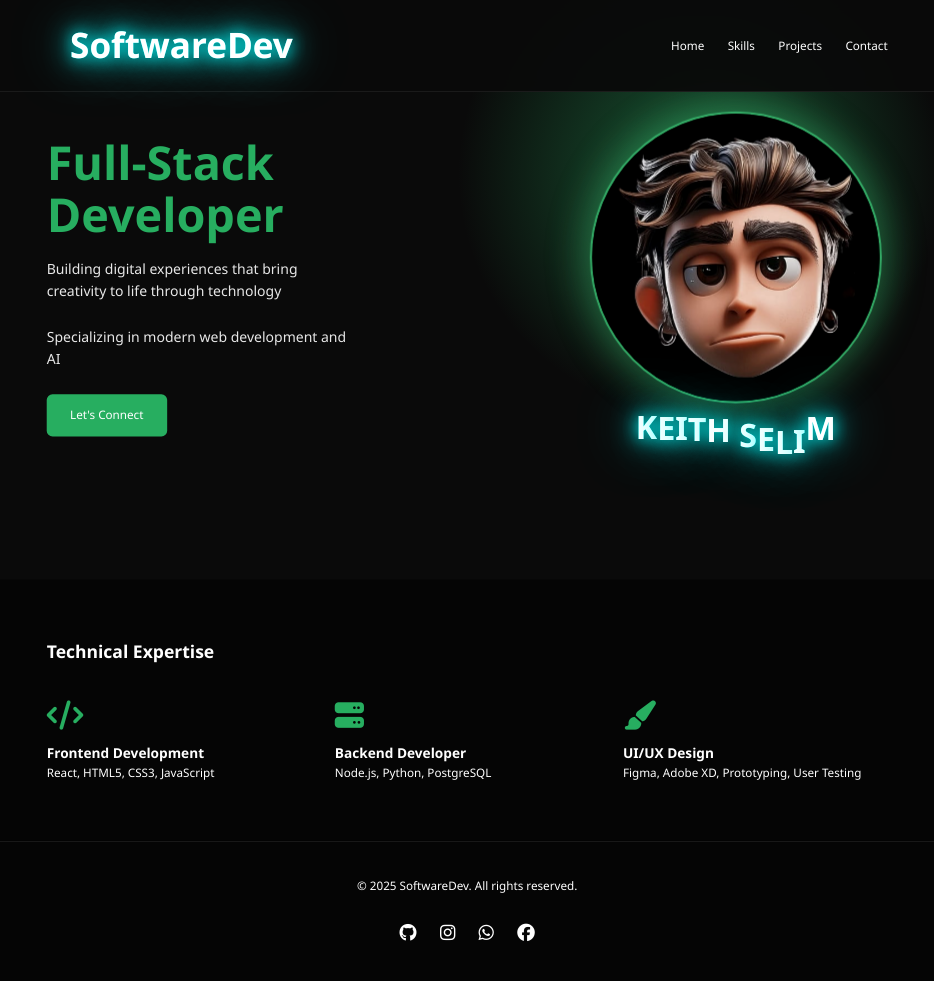
Repository: PEEZYBEE/my-react-portfolio
Page: /
An editor plug-in stored every save of this project. The page is shown before and after a run of saves, followed by the edit.
The browser window is 1280 px wide. The pictures show the whole page, at 73% of full size.
The project was rebuilt for these pictures with package versions that can differ from the ones it lists, and the page was loaded fresh each time. Also part of the build but not shown: vite.config.js.

Above is the page before, as saved 2025-04-21 02:20:44.

### index.html
<!doctype html>
<html lang="en">
  <head>
    <meta charset="UTF-8" />
  <link rel="icon" type="image/svg+xml" href="favicon.svg" />
  <meta name="viewport" content="width=device-width, initial-scale=1.0" />
  <title>Keith Selim</title>

  <!-- ✅ Add this line below -->
  <link
    rel="stylesheet"
    href="https://cdnjs.cloudflare.com/ajax/libs/font-awesome/6.7.2/css/all.min.css"
    integrity="sha512-Evv84Mr4kqVGRNSgIGL/F/aIDqQb7xQ2vcrdIwxfjThSH8CSR7PBEakCr51Ck+w+/U6swU2Im1vVX0SVk9ABhg=="
    crossorigin="anonymous"
    referrerpolicy="no-referrer"
  />
</head>
  <body>
    <div id="root"></div>
    <script type="module" src="/src/main.jsx"></script>
  </body>
</html>

### src/index.css
:root {
  font-family: system-ui, Avenir, Helvetica, Arial, sans-serif;
  line-height: 1.5;
  font-weight: 400;

  color-scheme: light dark;
  color: rgba(255, 255, 255, 0.87);
  background-color: #242424;

  font-synthesis: none;
  text-rendering: optimizeLegibility;
  -webkit-font-smoothing: antialiased;
  -moz-osx-font-smoothing: grayscale;
}

a {
  font-weight: 500;
  color: #646cff;
  text-decoration: inherit;
}
a:hover {
  color: #535bf2;
}

body {
  margin: 0;


  min-width: 320px;
  min-height: 100vh;
}

h1 {
  font-size: 3.2em;
  line-height: 1.1;
}

button {
  border-radius: 8px;
  border: 1px solid transparent;
  padding: 0.6em 1.2em;
  font-size: 1em;
  font-weight: 500;
  font-family: inherit;
  background-color: #1a1a1a;
  cursor: pointer;
  transition: border-color 0.25s;
}
button:hover {
  border-color: #646cff;
}
button:focus,
button:focus-visible {
  outline: 4px auto -webkit-focus-ring-color;
}

@media (prefers-color-scheme: light) {
  :root {
    color: #213547;
    background-color: #ffffff;
  }
  a:hover {
    color: #747bff;
  }
  button {
    background-color: #f9f9f9;
  }
}

### src/App.jsx
import React from "react";
import Navbar from './components/Navbar';
import Hero from './components/Hero';

import Skills from './components/Skills';
import Footer from './components/Footer';
import './style.css';


function App() {
  return (
    <>
      <Navbar />
      <Hero />

      <Skills />
      <Footer />
    </>
  );
}

export default App;

### src/components/Navbar.jsx
import React from "react";

const Navbar = () => {
  return (
    <nav className="navbar">
      <a href="#home" className="logo">SoftwareDev</a>
      <ul className="nav-links">
        <li><a href="#home">Home</a></li>
        <li><a href="#skills">Skills</a></li>
        <li><a href="#projects">Projects</a></li>
        <li><a href="#contact">Contact</a></li>
      </ul>
    </nav>
  );
};

export default Navbar;

### src/components/Hero.jsx
import React from 'react';
import './Hero.css';
import profileImage from '../assets/profile.jpg';

const Hero = () => {
  return (
    <section id="home" className="hero">
      <div className="hero-content">
        <h1>Full-Stack Developer</h1>
        <p>Building digital experiences that bring creativity to life through technology</p>
        <p className="highlight">Specializing in modern web development and AI</p>
        <a href="#contact" className="cta-button">Let's Connect</a>
      </div>

      <div className="hero-image-container">
        <div className="profile-wrapper">
          <img src={profileImage} alt="Profile" className="profile-img" />
          <h2 className="bouncing-letters">
            <span>K</span>
            <span>E</span>
            <span>I</span>
            <span>T</span>
            <span>H</span>
            <span>&nbsp;</span>
            <span>S</span>
            <span>E</span>
            <span>L</span>
            <span>I</span>
            <span>M</span>
          </h2>
        </div>
      </div>
    </section>
  );
};

export default Hero;

### src/components/Skills.jsx
import React from "react";

const Skills = () => {
  return (
    <section id="skills" className="skills">
      <h2>Technical Expertise</h2>
      <div className="skills-grid">
        <div className="skill-card">
          <i className="fa-solid fa-code"></i>
          <h3>Frontend Development</h3>
          <p>React, HTML5, CSS3, JavaScript</p>
        </div>
        <div className="skill-card">
          <i className="fa-solid fa-server"></i>
          <h3>Backend Developer</h3>
          <p>Node.js, Python, PostgreSQL</p>
        </div>
        <div className="skill-card">
          <i className="fa-solid fa-paintbrush"></i>
          <h3>UI/UX Design</h3>
          <p>Figma, Adobe XD, Prototyping, User Testing</p>
        </div>
      </div>
    </section>
  );
};

export default Skills;

### src/components/Footer.jsx
import React from "react";

const Footer = () => {
  return (
    <footer>
      <p>&copy; 2025 SoftwareDev. All rights reserved.</p>
      <div className="social-links">
        <a href="#"><i className="fa-brands fa-github"></i></a>
        <a href="#"><i className="fa-brands fa-instagram"></i></a>
        <a href="#"><i className="fa-brands fa-whatsapp"></i></a>
        <a href="#"><i className="fa-brands fa-facebook"></i></a>
      </div>
    </footer>
  );
};

export default Footer;

### src/style.css


body{
    background-color: var(--dark-bg);
    color: var(--text);
    line-height: 1.6;
    overflow-x: hidden;
}


*{
  margin: 0;
  padding: 0;
  box-sizing: border-box;
  font-family: 'Segoe UI', sans-serif;
}
:root{
  --dark-bg: #0a0a0a;
  --darker-bg: #050505;
  --accent-glow: rgba(46, 204, 113, 0.4);
  --text: #ffffff;
}

.navbar{
  position: fixed;
  top: 0;
  width: 100%;
  padding: 1.5rem 5%;
  display: flex;
  justify-content: space-between;
  align-items: center;
  background:  rgba(10, 10, 10, 0.95);
  backdrop-filter: blur(10px);
  z-index: 1000;
  border-bottom: 1px solid rgba(255, 255, 255, 0.1);
}

.logo{
  font-size: 3rem;
  font-weight: 700;
  color: white;
  text-shadow: 0px 0px 0px cyan,
               0px 0px 20px cyan,
               0px 0px 40px cyan,
               0px 0px 80px cyan;
  /*color: var(--accent-glow);*/
  text-decoration: none;
  position: relative;
  padding-left: 2rem;
}

.nav-links{
  display: flex;
  gap: 2rem;
  list-style: none;
}

.nav-links a {
  color: var(--text);
  text-decoration: none;
  font-weight: 500;
  transition: all 0.3s ease;
  position: relative;
}

.nav-links a::after {
  content: '';
  position: absolute;
  bottom:  -5px;
  left: 0;
  width: 0;
  height: 2px;
  background: var(--accent-glow);
  transition: width 0.3s ease;
}

.nav-links a:hover::after {
   width: 100%;
}

.hero {
  min-height: 100vh;
  display: flex;
  align-items: center;
  padding: 12% 5%;
  background: radial-gradient(circle at 75% 30%,var(--accent-glow) 0%,transparent 30%);
}

.hero-content {
    flex: 1;
    padding-right: 5rem;
}

.hero-image {
    flex: 1;
    text-align: center;
    position: relative;
}

.profile-img {
    width: 400px;
    height: 400px;
    border-radius: 50%;
    object-fit: cover;
    border: 3px solid ,#27ae60;
    box-shadow: 0 0 50px 10px var(--accent-glow);
    animation: float 3s ease-in-out infinite;
    filter: grayscale(0.2) contrast(1.1);
}

@keyframes float {
    0%, 100%{ transform: translateY(0);}
    50% { transform: translateY(-20px);}
}

.hero h1 {
    font-size: 4rem;
    margin-bottom: 1.5rem;
    color: #27ae60;
    -webkit-background-clip: text;
    /*-webkit-text-fill-color: transparent;*/
    z-index: 10;
}

.hero p {
  font-size: 1.2rem;
  margin-bottom: 2rem;
  opacity: 0.9;
  max-width: 600px;
}

.cta-button {
  display: inline-block;
  padding: 1rem 2rem;
  background:  #27ae60;
  color: white;
  border-radius: 8px;
  text-decoration: none;
  transition: all 0.3s ease;
  position: relative;
  overflow: hidden;
}

.skills {
    padding: 5rem 5%;
    background: var(--darker-bg);
}

.skills-grid {
    display: grid;
    grid-template-columns: repeat(auto-fit,minmax(250px, 1fr));
    gap: 2rem;
    margin-top: 3rem;
}


.skills-card {
    padding: 2rem;
    border-radius: 15px;
    background: rgba(255,255,255,0.05);
    transition: all 0,3s ease;
    border: 1px solid rgba(255,255,255,0.1);
    backdrop-filter: blur(5px);
}

.skill-card:hover {
    transform: translateY(-10px);
    border-color: #27ae60;
    box-shadow: 0 10px 30px var(--accent-glow);
}

.skill-card i {
    font-size: 2.5rem;
    color:  #27ae60;
    margin-bottom: 1rem;
}

footer {
    background: var(--darker-bg);
    padding: 3rem 5%;
    text-align: center;
    border-top: 1px solid rgba(255, 255, 255, 0.1);
    width: 100%; /* Ensure it takes full width */
    position: relative;
    box-sizing: border-box;

}

.social-links {
    margin-top: 2rem;
    display: flex;
    justify-content: center;
    gap: 2rem;
}

.social-links a {
    color: var(--text);
    font-size:  1.5rem;
    transition: all 0.3s ease;
}

.social-links a:hover {
    color: white;
    text-shadow: 0px 0px 0px cyan,
                 0px 0px 20px cyan,
                 0px 0px 40px cyan,
                 0px 0px 80px cyan;
    transform: translateY(-3px);
}

@media (max-width: 768px) {
    .hero {
        flex-direction: column;
        text-align: center;
        padding-top: 8rem;
    }
    .hero-content {
        padding-right: 0;
        margin-bottom: 3rem;
    }
    .profile-img {
        width: 280px;
        height: 280px;
    }
    .nav-links {
        display: none;
    }
    .logo {
        font-size: 1.5rem;
        padding-left: 2rem;
    }
}

### src/components/Hero.css
.hero {
    display: flex;
    justify-content: space-between;
    align-items: center;
    padding: 2rem;
    flex-wrap: wrap;
  }

  .hero-content {
    flex: 1;
    max-width: 500px;
  }

  .hero-image-container {
    flex: 1;
    display: flex;
    justify-content: center;
    align-items: center;
    margin-left: 15rem; /* Add margin to the left */
  }

  .profile-wrapper {
    display: flex;
    flex-direction: column;
    align-items: center;
  }

  .profile-img {
    width: 200px;
    height: 200px;
    object-fit: cover;
    border-radius: 50%;
    border: 3px solid #646cff;
    margin-bottom: 1rem;
  }

  .bouncing-letters span {
    display: inline-block;
    color: white;
    text-shadow: 0px 0px 0px cyan,
                 0px 0px 20px cyan,
                 0px 0px 40px cyan,
                 0px 0px 80px cyan;
    font-size: 44px;
    font-weight: bold;
    animation: bounce 0.8s ease infinite alternate;



    }

    @keyframes bounce {
        0% { transform: translateY(0) }
        100% { transform: translateY(-20px) }

    }

    .bouncing-letters span:nth-child(1)
    { animation-delay:  0.1s; }


    .bouncing-letters span:nth-child(2)
    { animation-delay:  0.2s; }


    .bouncing-letters span:nth-child(3)
    { animation-delay:  0.3s; }


    .bouncing-letters span:nth-child(4)
    { animation-delay:  0.4s; }


    .bouncing-letters span:nth-child(5)
    { animation-delay: 0.5s; }


    .bouncing-letters span:nth-child(6)
    { animation-delay:  0.6s; }

    .bouncing-letters span:nth-child(7)
    { animation-delay:  0.7s; }

    .bouncing-letters span:nth-child(8)
    { animation-delay:  0.8s; }

    .bouncing-letters span:nth-child(9)
    { animation-delay:  0.9s; }

    .bouncing-letters span:nth-child(10)
    { animation-delay:  1.0s; }
  @media (max-width: 768px) {
    .hero-image-container {
      margin-left: 0; /* Reset for small screens */
      justify-content: center;
    }
  }

Loaded but not shown: src/main.jsx (common file)

After the next 2 saves:
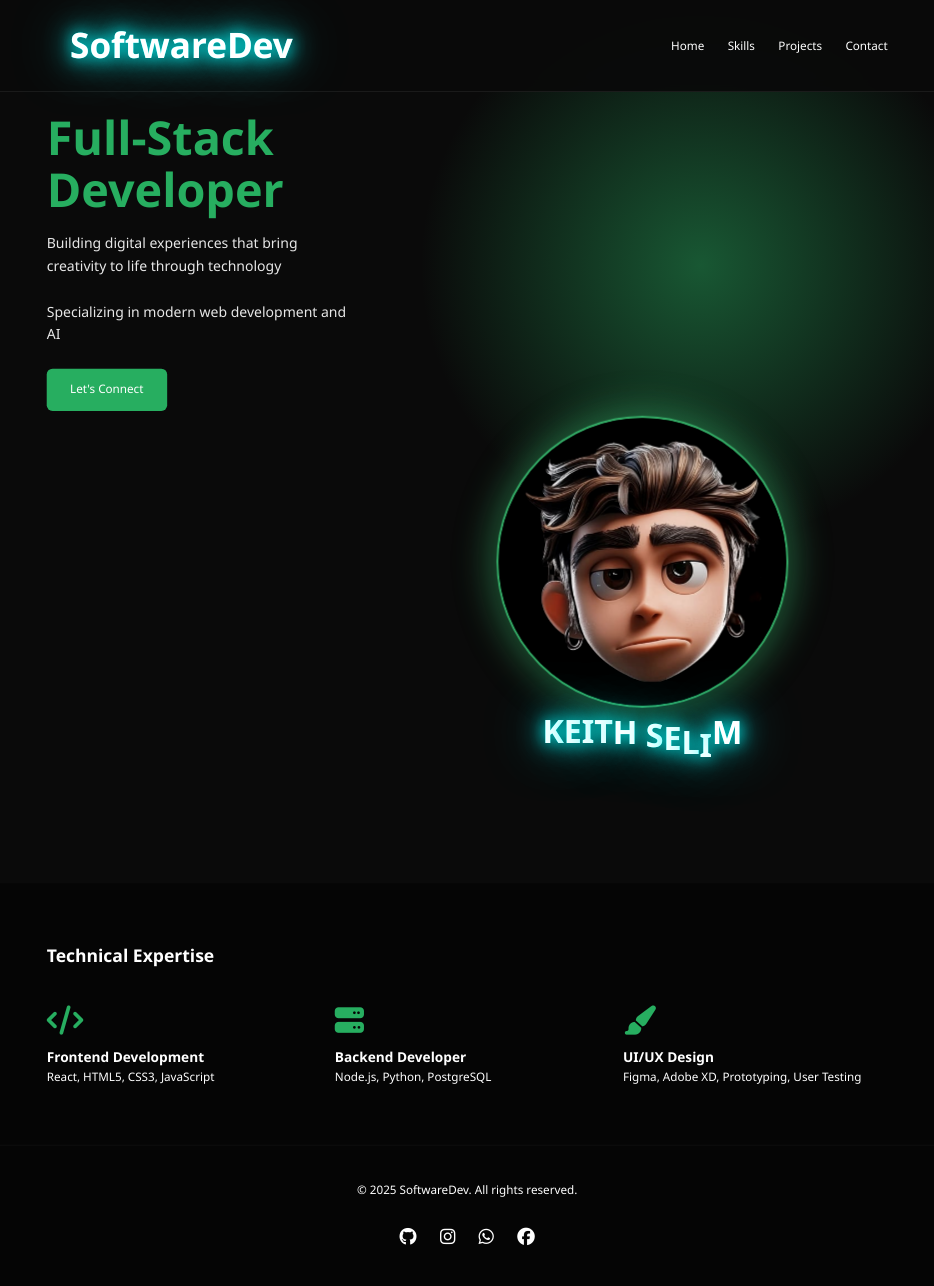
The 2 saves are shown as one change because they came seconds apart.
The last was saved 13 s later.
--- a/src/components/Hero.css
+++ b/src/components/Hero.css
@@ -16,7 +16,7 @@
     display: flex;
     justify-content: center;
     align-items: center;
-    margin-left: 15rem; /* Add margin to the left */
+    margin-left: 30rem; /* Add margin to the left */
   }
 
   .profile-wrapper {
